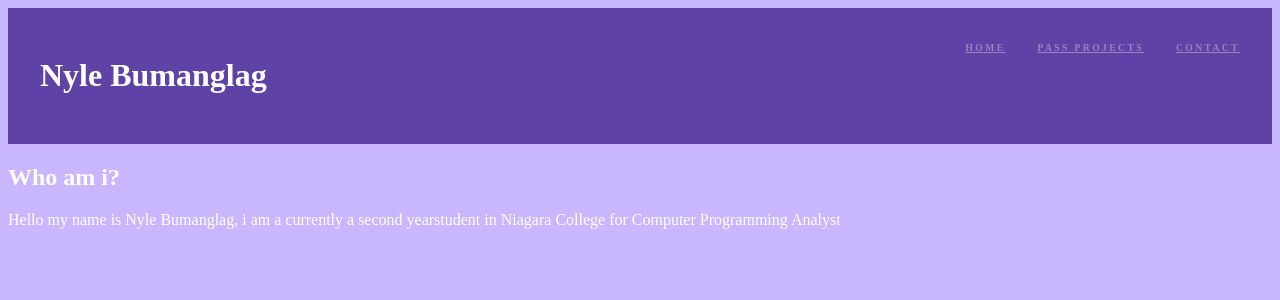
Repository: NyleNC/main
Page: index.html
These files come from the project's save history. The page is drawn as it stood at one moment and after the next save; the edit follows.
The browser window is 1280 px wide. The pictures show the whole page.

Above is the page before, as saved 2024-11-06 23:26:49.

After the next save:
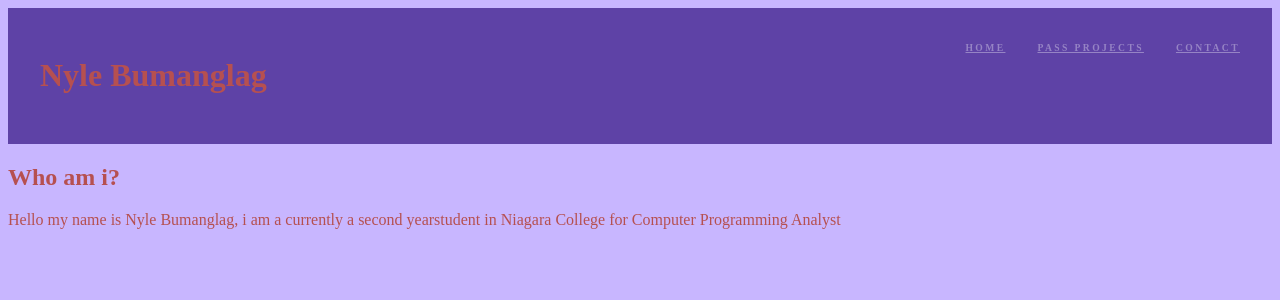
Saved 26 s later.
--- a/style.css
+++ b/style.css
@@ -1,6 +1,6 @@
 body{
     background: #c8b6ff;
-    color: #ffffff;
+    color: #b65050;
 }
 
 #header {
@@ -15,7 +15,7 @@ body{
 
     #header > .title {
         border: 0;
-        color: #b65050;
+        color: #ffffff;
         display: block;
         font-size: 1.25em;
         font-weight: bold;
